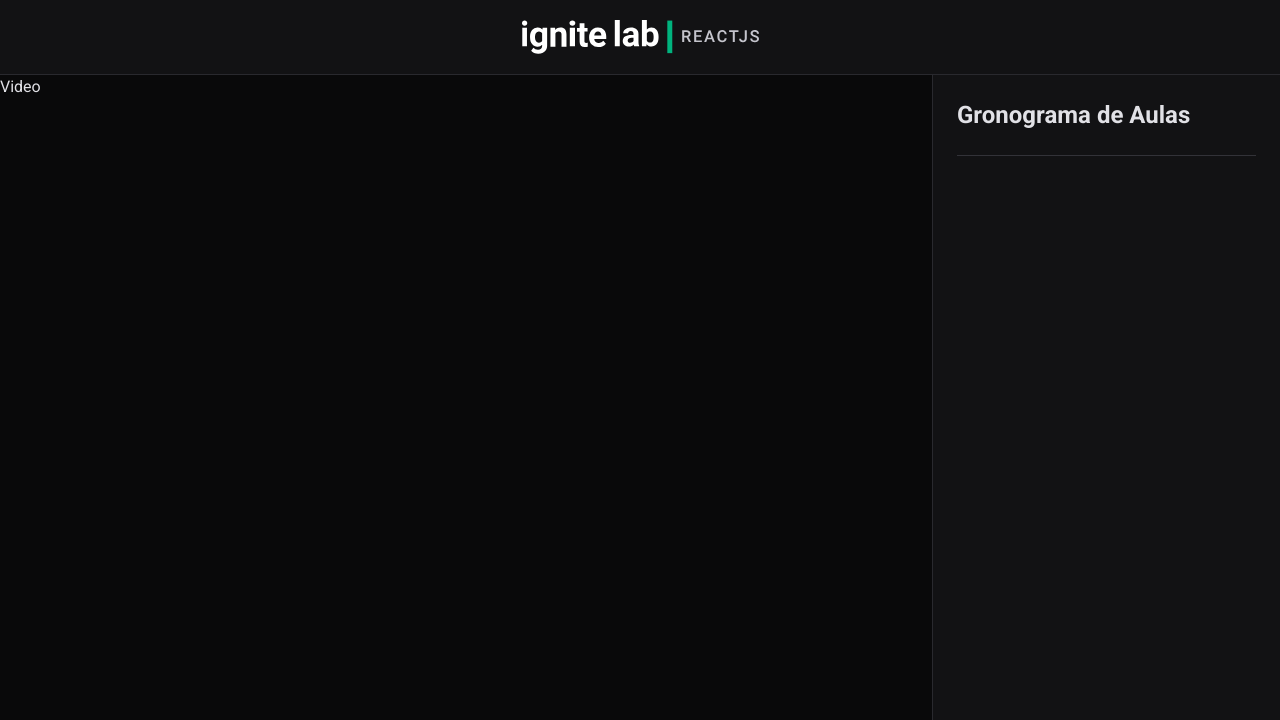
Repository: guilhermecardoso93/ignitelab
Page: /event
The author's editor kept a copy of each file at every save. The page is drawn from the files as they stood at one save, then again after the next save.
The browser window is 1280 px wide. The pictures show the whole page.
The project was rebuilt for these pictures with package versions that can differ from the ones it lists, and the page was loaded fresh each time. Also part of the build but not shown: vite.config.ts.

Above is the page before, as saved 2022-06-22 11:33:40.

### index.html
<!DOCTYPE html>
<html lang="en">
  <head>
    <meta charset="UTF-8" />
    <link rel="icon" type="image/svg+xml" href="/src/favicon.svg" />
    <link rel="preconnect" href="https://fonts.googleapis.com" />
    <link rel="preconnect" href="https://fonts.gstatic.com" crossorigin />
    <link
      href="https://fonts.googleapis.com/css2?family=Roboto:wght@400;500;700&display=swap"
      rel="stylesheet"
    />
    <meta name="viewport" content="width=device-width, initial-scale=1.0" />
    <title>Ignite Lab</title>
  </head>
  <body>
    <div id="root"></div>
    <script type="module" src="/src/main.tsx"></script>
  </body>
</html>

### src/main.tsx
import { ApolloProvider } from "@apollo/client";
import React from "react";
import ReactDOM from "react-dom/client";
import { App } from "./App";
import { client } from "./lib/apollo";

import "./styles/global.css";

ReactDOM.createRoot(document.getElementById("root")!).render(
  <React.StrictMode>
    <ApolloProvider client={client}>
      <App />
    </ApolloProvider>
  </React.StrictMode>
);

### src/App.tsx
import { Event } from "./pages/Event";

export function App() {
  return (
    <div>
      <Event />
    </div>
  );
}

### src/lib/apollo.ts
import { ApolloClient, InMemoryCache } from "@apollo/client";

export const client = new ApolloClient({
  uri: "https://api-sa-east-1.graphcms.com/v2/cl4orc0220r0201xnfce43eoi/master",
  cache: new InMemoryCache()
});

### src/pages/Event.tsx
import { Header } from "../components/Header";
import { Sidebar } from "../components/Sidebar";
import { Video } from "../components/Video";

export function Event() {
  return (
    <div className="flex flex-col min-h-screen">
      <Header />
      <main className="flex flex-1">
        <Video />
        <Sidebar />
      </main>
    </div>
  );
}

### src/components/Header/index.tsx
import { Logo } from "../Logo";

export function Header() {
  return (
    <header className='w-full py-5 flex items-center justify-center bg-gray-700 border-b border-gray-600'>
      <Logo/>
    </header>
  );
}

### src/components/Sidebar/index.tsx
export function Sidebar() {
  return (
    <aside className="w-[348px] bg-gray-700 p-6 border-l border-gray-600 items-center justify-center">
      <span className="font-bold text-2xl pb-6 mb-6 border-b border-gray-500 block items-center justify-center">
        Gronograma de Aulas
      </span>
    </aside>
  );
}

### src/components/Video/index.tsx
export function Video() {
  return (
    <div className='flex-1'>
      <h1>Video</h1>
    </div>

  );
}

### src/components/Logo/index.tsx
export function Logo() {
  return (
    <svg
      xmlns="http://www.w3.org/2000/svg"
      width="237"
      height="34"
      fill="none"
      viewBox="0 0 237 34"
    >
      <path
        fill="#fff"
        d="M.002 3.112a2.49 2.49 0 01.165-.987c.12-.314.304-.595.535-.83A2.906 2.906 0 012.615.572c.698 0 1.374.257 1.912.723.23.24.412.524.536.837a2.701 2.701 0 010 1.979 2.568 2.568 0 01-.536.837 2.889 2.889 0 01-1.907.723 2.901 2.901 0 01-1.908-.723 2.458 2.458 0 01-.538-.84 2.645 2.645 0 01-.172-.996zm4.96 23.146H.273V7.862h4.689v18.397zM8.012 16.973c0-2.853.686-5.145 2.055-6.883a6.653 6.653 0 015.528-2.606 5.869 5.869 0 014.802 2.09l.2-1.751h4.538v17.95a7.891 7.891 0 01-1.12 4.246 7.243 7.243 0 01-3.147 2.752 11.155 11.155 0 01-4.742.94c-1.378 0-2.74-.279-4.008-.812a7.08 7.08 0 01-2.946-2.11l2.208-3.02a5.905 5.905 0 004.543 2.08 4.356 4.356 0 003.104-1.059 3.938 3.938 0 001.103-2.993v-.994a5.775 5.775 0 01-4.555 1.935 6.647 6.647 0 01-3.05-.652 6.615 6.615 0 01-2.408-1.967c-1.397-1.752-2.085-4.089-2.085-6.942v-.21h-.025l.005.006zm4.997.355a6.723 6.723 0 001.026 3.956 3.233 3.233 0 002.799 1.443c.651.045 1.3-.088 1.878-.39a3.52 3.52 0 001.396-1.305v-7.825a3.448 3.448 0 00-1.374-1.305 3.504 3.504 0 00-1.86-.39 3.28 3.28 0 00-1.61.365 3.22 3.22 0 00-1.219 1.103c-.688.975-1.036 2.418-1.036 4.348zM33.098 7.833l.158 2.196a6.527 6.527 0 012.371-1.927 6.38 6.38 0 012.971-.62c1.97 0 3.438.597 4.39 1.79.953 1.194 1.456 2.936 1.486 5.293v12.249h-4.962V14.683a3.367 3.367 0 00-.684-2.344 3.086 3.086 0 00-1.069-.598 3.008 3.008 0 00-1.211-.13 3.349 3.349 0 00-1.821.454c-.553.32-1.01.794-1.313 1.367v13.37H28.45V7.845l4.647-.012zM47.512 3.112a2.304 2.304 0 01.185-.988 2.42 2.42 0 01.59-.831A3.439 3.439 0 0150.404.57c.772 0 1.52.256 2.117.723.508.486.792 1.142.792 1.826 0 .683-.284 1.34-.792 1.826a3.417 3.417 0 01-2.11.723c-.77 0-1.517-.257-2.11-.723a2.47 2.47 0 01-.594-.839 2.342 2.342 0 01-.19-.994h-.005zm5.483 23.149h-5.18V7.86h5.18v18.4zM62.454 3.334v4.612h3.107v3.677h-3.107v9.382c-.05.53.091 1.063.395 1.495a1.824 1.824 0 001.473.45c.476.002.95-.035 1.421-.114v3.803a9.672 9.672 0 01-2.939.449c-3.398 0-5.128-1.775-5.19-5.32V11.644h-2.642V7.968h2.643V3.356h4.841v-.025l-.002.003zM76.487 27.08a9.277 9.277 0 01-6.759-2.55c-1.74-1.699-2.605-3.957-2.605-6.797v-.494a11.295 11.295 0 011.098-5.08 8.141 8.141 0 013.111-3.465 8.72 8.72 0 014.59-1.22c2.577 0 4.62.815 6.098 2.449 1.478 1.633 2.226 3.94 2.226 6.929v2.055h-12.01a4.665 4.665 0 001.473 2.971 4.487 4.487 0 003.111 1.111 5.426 5.426 0 004.548-2.115l2.476 2.781a7.506 7.506 0 01-3.07 2.507 9.81 9.81 0 01-4.287.916v.002zm-.594-15.514a3.127 3.127 0 00-2.428 1.012 5.405 5.405 0 00-1.188 2.912h7.006v-.405a3.749 3.749 0 00-.908-2.608 3.252 3.252 0 00-2.45-.908h-.03l-.002-.003zM97.771 26.259h-4.957V0h4.957V26.26zM112.209 26.259c-.227-.444-.392-.997-.496-1.659-1.196 1.333-2.751 2.002-4.666 2.002-1.811 0-3.314-.523-4.504-1.572-1.191-1.049-1.786-2.372-1.786-3.966 0-1.96.725-3.464 2.179-4.513 1.453-1.049 3.553-1.58 6.3-1.59h2.273v-1.06c0-.854-.22-1.54-.659-2.051-.44-.513-1.131-.77-2.078-.77-.832 0-1.486.2-1.957.6-.474.4-.708.945-.708 1.64h-4.941c0-1.07.331-2.062.992-2.973.662-.91 1.597-1.626 2.804-2.144 1.206-.518 2.564-.778 4.069-.778 2.28 0 4.089.573 5.429 1.718 1.34 1.145 2.009 2.756 2.009 4.83v8.017c.012 1.754.256 3.082.735 3.983v.29h-4.992l-.003-.004zm-4.086-3.435c.728 0 1.402-.163 2.016-.486.614-.326 1.071-.76 1.367-1.308v-3.181h-1.846c-2.472 0-3.79.854-3.948 2.564l-.017.291c0 .614.217 1.123.649 1.523.434.4 1.026.6 1.779.6v-.003zM136.58 17.183c0 2.963-.632 5.273-1.898 6.931-1.265 1.659-3.032 2.488-5.3 2.488-2.006 0-3.608-.77-4.805-2.308l-.222 1.967h-4.444V.001h4.94v9.418c1.14-1.332 2.638-2 4.496-2 2.256 0 4.025.828 5.308 2.487 1.283 1.658 1.923 3.992 1.923 7v.274l.002.003zm-4.94-.358c0-1.868-.296-3.233-.889-4.094-.592-.861-1.475-1.29-2.65-1.29-1.572 0-2.655.643-3.247 1.932v7.299c.604 1.298 1.697 1.95 3.282 1.95 1.584 0 2.643-.788 3.146-2.36.239-.752.358-1.897.358-3.437z"
      ></path>
      <path
        fill="#C4C4CC"
        d="M164.51 17.501h-2.283v4.53h-2.048v-11.78h4.143c1.36 0 2.408.306 3.149.915.74.61 1.108 1.493 1.108 2.648 0 .787-.19 1.449-.57 1.98-.38.532-.911.94-1.59 1.226l2.646 4.906v.106h-2.194l-2.364-4.531h.003zm-2.283-1.65h2.105c.691 0 1.229-.176 1.619-.524.39-.348.582-.824.582-1.429 0-.604-.18-1.12-.538-1.466-.358-.345-.893-.523-1.606-.533h-2.162V15.85zM179.066 16.773h-4.839v3.625h5.656v1.634h-7.704V10.25h7.648v1.65h-5.6v3.253h4.839v1.62zM189.803 19.29h-4.565l-.955 2.744h-2.127l4.452-11.783h1.836l4.459 11.783h-2.137l-.963-2.744zm-3.99-1.65h3.415l-1.707-4.89-1.708 4.89zM204.716 18.197c-.119 1.256-.583 2.238-1.392 2.941-.81.703-1.885 1.056-3.228 1.056-.938 0-1.764-.222-2.48-.668-.715-.445-1.266-1.079-1.656-1.898-.387-.82-.589-1.772-.607-2.858v-1.1c0-1.11.198-2.09.59-2.937.392-.846.96-1.5 1.695-1.96.736-.458 1.587-.688 2.554-.688 1.301 0 2.347.353 3.139 1.057.792.703 1.254 1.7 1.385 2.99h-2.039c-.096-.846-.343-1.458-.74-1.833-.397-.375-.977-.563-1.745-.563-.89 0-1.574.326-2.05.977-.479.652-.721 1.605-.733 2.863v1.044c0 1.273.227 2.245.683 2.917.457.668 1.123 1.004 2.004 1.004.805 0 1.409-.18 1.814-.543.405-.363.661-.962.77-1.804h2.038l-.002.003zM216.481 11.902h-3.674v10.132h-2.031V11.902h-3.642V10.25h9.347v1.65zM222.759 10.251h2.039v8.262c0 1.127-.353 2.023-1.057 2.687-.703.664-1.633.995-2.788.995-1.229 0-2.179-.311-2.848-.93-.669-.62-1.004-1.484-1.004-2.59h2.038c0 .627.156 1.096.467 1.412.31.316.76.474 1.347.474.55 0 .989-.183 1.315-.545.326-.366.489-.867.489-1.51V10.25h.002zM234.952 18.999c0-.518-.183-.918-.545-1.197-.363-.279-1.022-.563-1.972-.849-.95-.286-1.705-.604-2.265-.955-1.074-.674-1.612-1.555-1.612-2.638 0-.95.388-1.732 1.163-2.347.774-.614 1.779-.922 3.015-.922.819 0 1.55.15 2.194.454a3.597 3.597 0 011.513 1.29c.367.558.55 1.177.55 1.858h-2.038c0-.614-.193-1.095-.578-1.443-.385-.348-.938-.524-1.656-.524-.668 0-1.189.144-1.557.43-.37.286-.555.686-.555 1.197 0 .432.2.792.6 1.08.399.29 1.056.57 1.974.842.918.271 1.653.582 2.208.93.556.348.963.748 1.222 1.197.259.452.387.977.387 1.582 0 .982-.375 1.762-1.127 2.342-.753.58-1.775.87-3.063.87a5.755 5.755 0 01-2.352-.473c-.715-.316-1.27-.75-1.668-1.308-.397-.555-.594-1.204-.594-1.942h2.048c0 .669.222 1.187.664 1.555.441.367 1.075.55 1.902.55.713 0 1.246-.143 1.607-.432.357-.288.538-.671.538-1.145l-.003-.002z"
      ></path>
      <path fill="#00B37E" d="M150.271 33.146h-4.958V.57h4.958v32.576z"></path>
    </svg>
  );
}

### tailwind.config.js
/** @type {import('tailwindcss').Config} */
module.exports = {
  content: ["./src/**/*.tsx"],
  theme: {
    extend: {
      fontFamily: {
        sans: "Roboto, sans-serif"
      },
      colors: {
        green: {
          300: "#00B37E",
          500: "#00875F",
          700: "#015F43"
        },
        blue: {
          500: "#81D8F7"
        },
        orange: {
          500: "#FBA94C"
        },
        red: {
          500: "#F75A68"
        },
        gray: {
          100: "#E1E1E6",
          200: "#C4C4CC",
          300: "#8D8D99",
          500: "#323238",
          600: "#29292E",
          700: "#121214",
          900: "#09090A"
        }
      }
    }
  },
  plugins: []
};

### src/components/Lesson/index.tsx
export function Lesson() {
  return <h1>Lesson</h1>;
}

Loaded but not shown: src/styles/global.css (common file)

After the next save:
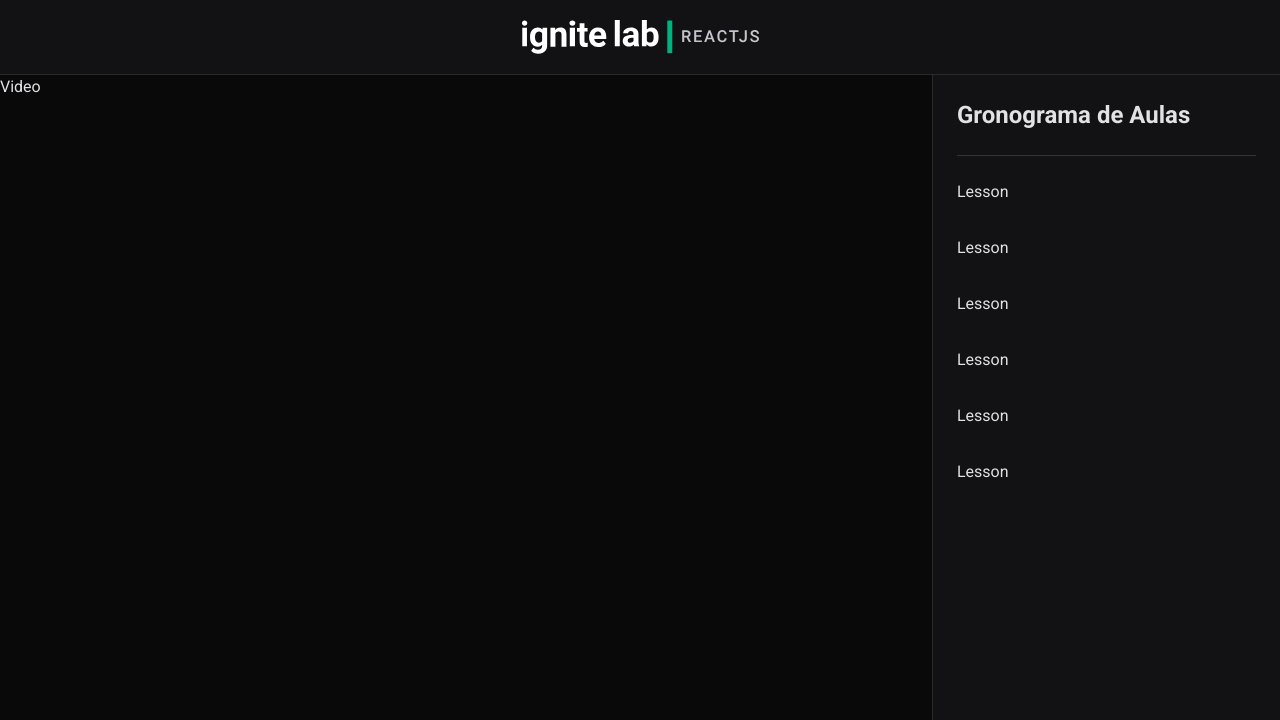
Saved 57 s later.
--- a/src/components/Sidebar/index.tsx
+++ b/src/components/Sidebar/index.tsx
@@ -1,9 +1,20 @@
+import { Lesson } from "../Lesson";
+
 export function Sidebar() {
   return (
     <aside className="w-[348px] bg-gray-700 p-6 border-l border-gray-600 items-center justify-center">
       <span className="font-bold text-2xl pb-6 mb-6 border-b border-gray-500 block items-center justify-center">
         Gronograma de Aulas
       </span>
+
+      <div className="flex flex-col gap-8">
+        <Lesson/>
+        <Lesson/>
+        <Lesson/>
+        <Lesson/>
+        <Lesson/>
+        <Lesson/>
+      </div>
     </aside>
   );
 }
